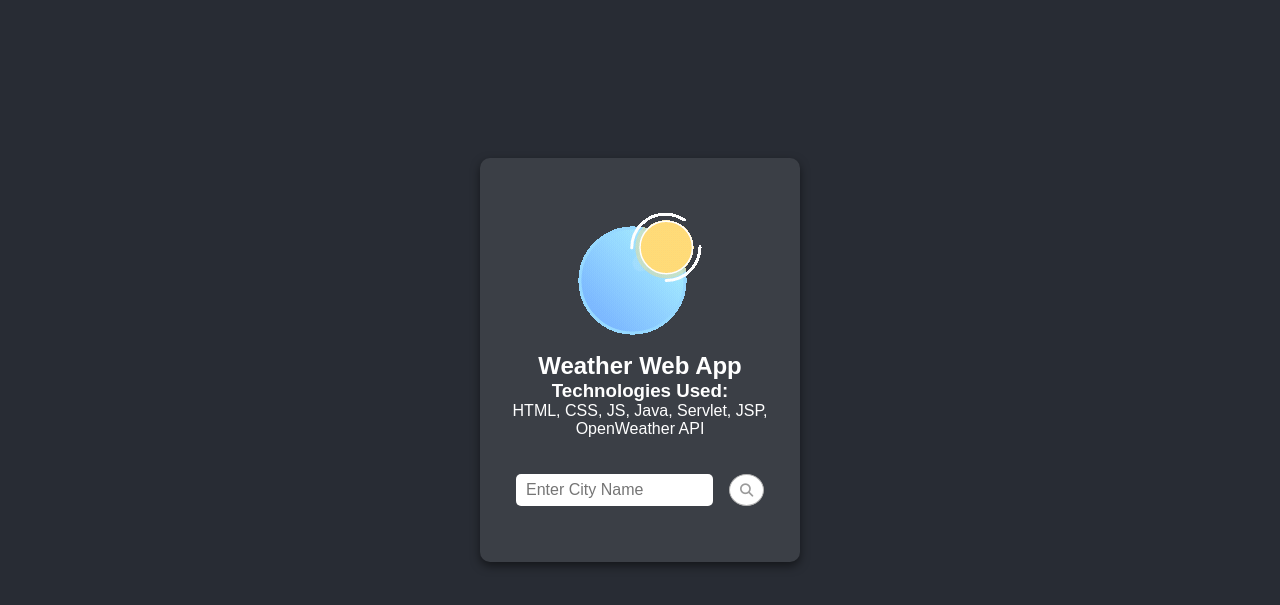
Repository: MinhajulMukthar/Weather-WebApp
Page: Weather App/src/main/webapp/index.html
These files come from the project's save history. The page is drawn as it stood at one moment and after the next save; the edit follows.
The browser window is 1280 px wide. The pictures show the whole page.

Above is the page before, as saved 2024-09-26 02:31:50.

After the next save:
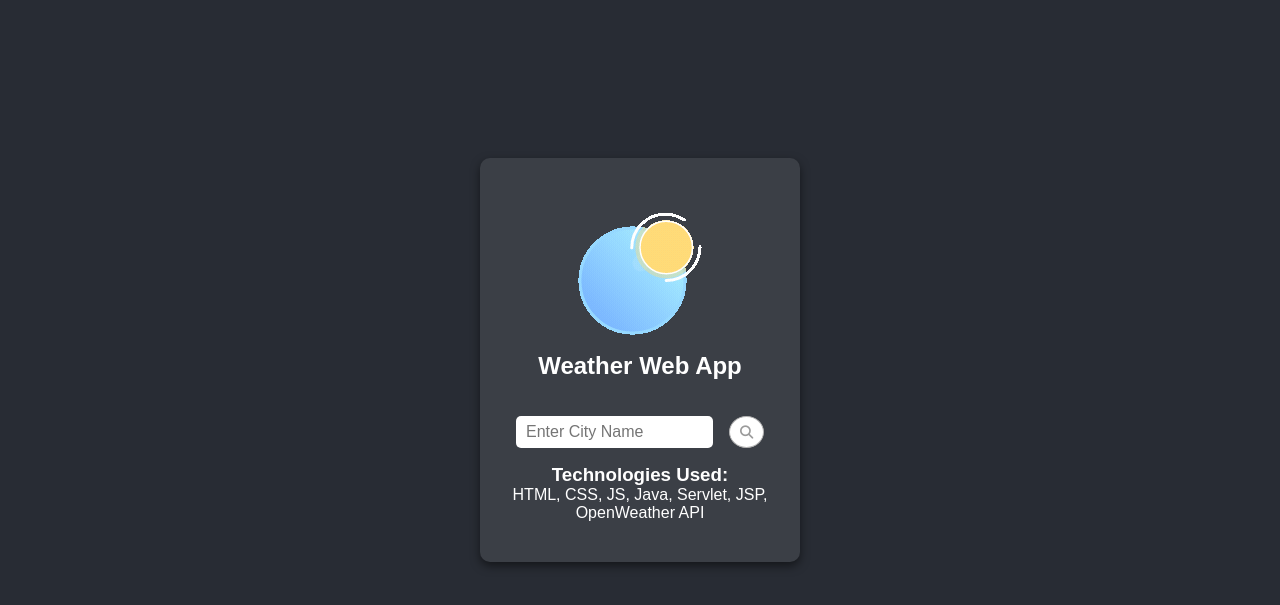
Saved 28 s later.
--- a/Weather App/src/main/webapp/index.html
+++ b/Weather App/src/main/webapp/index.html
@@ -15,9 +15,6 @@
 	<div class="container">
 		<img src="images/Animation.gif">
 		<h2>Weather Web App</h2>
-
-		<h3>Technologies Used:</h3>
-		<p>HTML, CSS, JS, Java, Servlet, JSP, OpenWeather API</p>
 		<form action="ServletWeb" method="post" class="searchInput">
 			<input type="text" placeholder="Enter City Name" id="searchInput"
 				 name="city" />
@@ -25,6 +22,8 @@
 				<i class="fa-solid fa-magnifying-glass"></i>
 			</button>
 		</form>
+		<h3>Technologies Used:</h3>
+		<p>HTML, CSS, JS, Java, Servlet, JSP, OpenWeather API</p>
 	</div>
 </body>
 </html>
